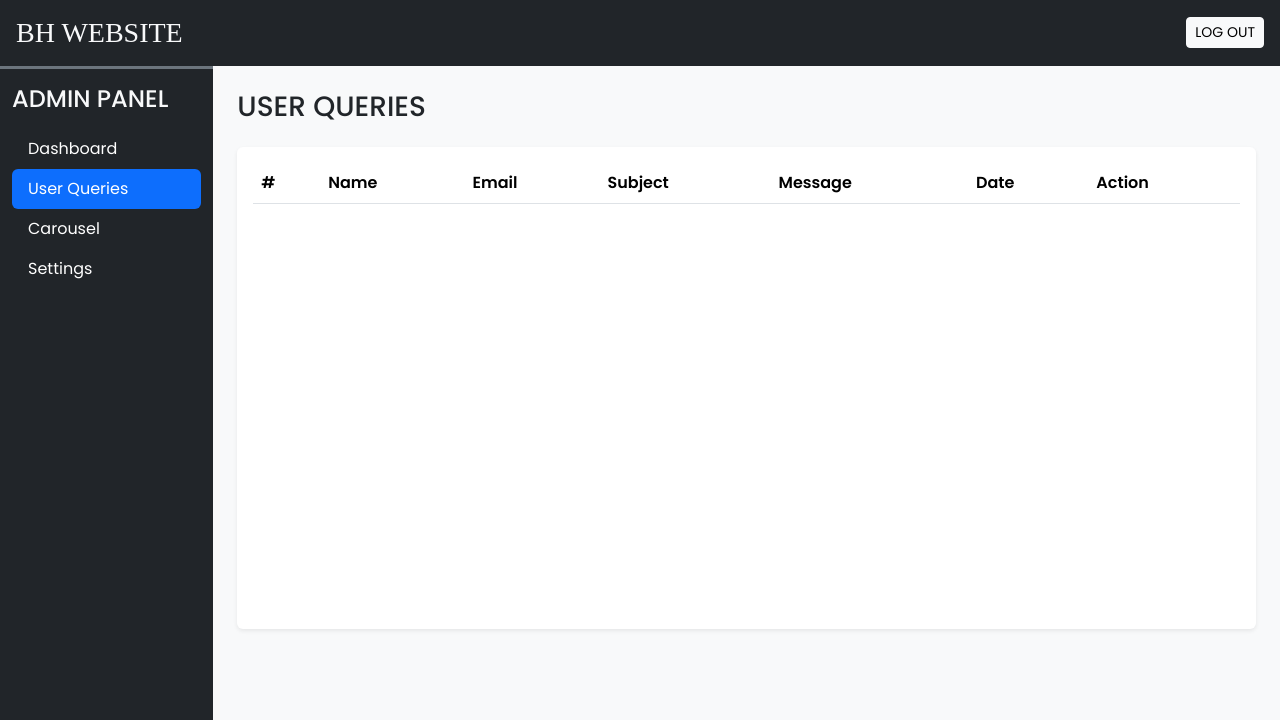
Repository: ntruong0906/desktop-tutorial
Page: http://localhost/hbwebsite/WebsiteBookingHotel/admin/user_queries.php
An editor plug-in stored every save of this project. The page is shown before and after the next save, followed by the edit.
The browser window is 1280 px wide. The pictures show the whole page.
Some web fonts or font styles are not loaded; a fallback is used. The page is run by PHP 8.4 with error messages shown; the project is at /var/www/html/. The session is filled in as if someone had signed in: {"adminLogin": true, "adminId": 1}. Queries for data that is not in the repository find no rows.

Above is the page before, as saved 2024-05-06 23:00:46.

After the next save:
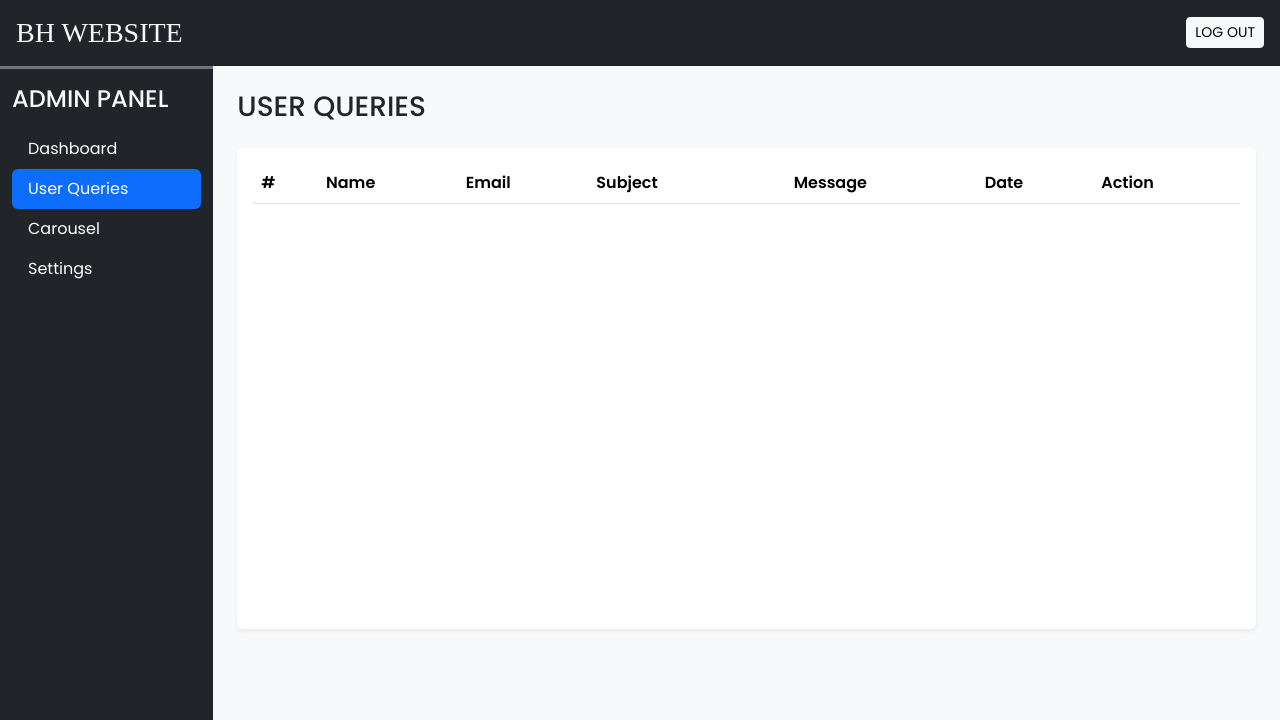
Saved 31 s later.
--- a/WebsiteBookingHotel/admin/user_queries.php
+++ b/WebsiteBookingHotel/admin/user_queries.php
@@ -47,7 +47,7 @@ adminLogin();
                                         <th scope="col">#</th>
                                         <th scope="col">Name</th>
                                         <th scope="col">Email</th>
-                                        <th scope="col">Subject</th>
+                                        <th scope="col" width="20%">Subject</th>
                                         <th scope="col">Message</th>
                                         <th scope="col">Date</th>
                                         <th scope="col">Action</th>
